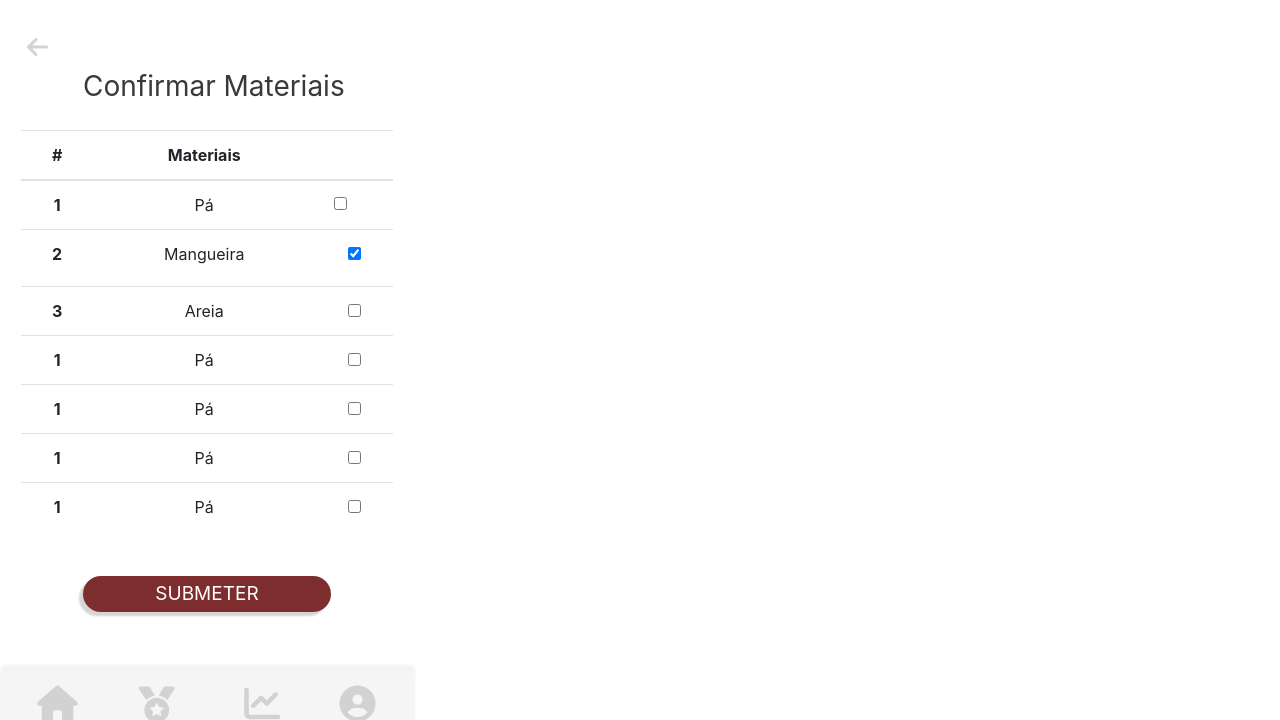
Repository: grupodetrabalhoeficiente/D213
Page: D213/Frontend/ConfirmarMateriais.html
The author's editor kept a record of every edit. The page is drawn from the files as they stood at one moment, then again after the next edit.
The browser window is 1280 px wide. The pictures show the whole page.
Some web libraries are served in a nearby version.

Above is the page before.

After the next edit:
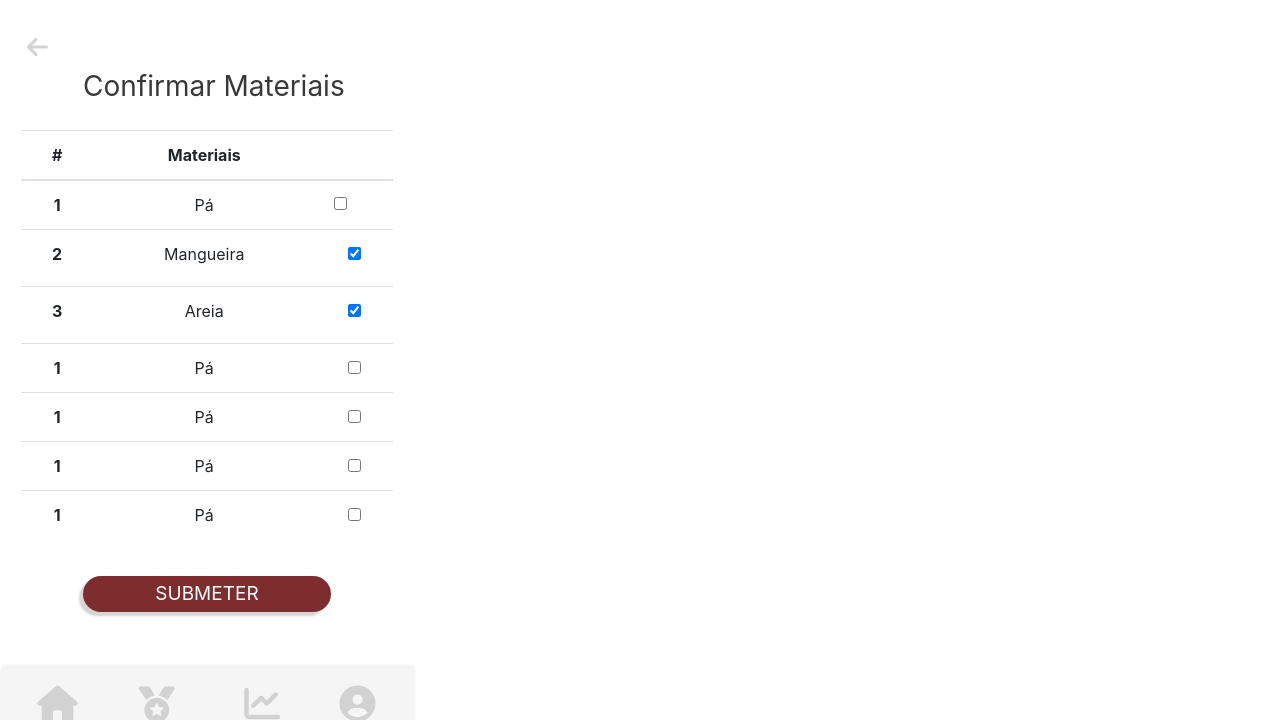
The edit:
--- a/D213/Frontend/ConfirmarMateriais.html
+++ b/D213/Frontend/ConfirmarMateriais.html
@@ -51,7 +51,11 @@
       <th scope="row">3</th>
       <td>Areia</td>
       <td>
-         <input type="checkbox" class="MaterialCheck"/>
+         <label class="custom-checkbox" tab-index="0" aria-label="Checkbox Label">
+    <input type="checkbox" checked>
+    <span class="checkmark"></span>
+    <span class="label"></span>
+  </label>
       </td>
     </tr>
     <tr>
